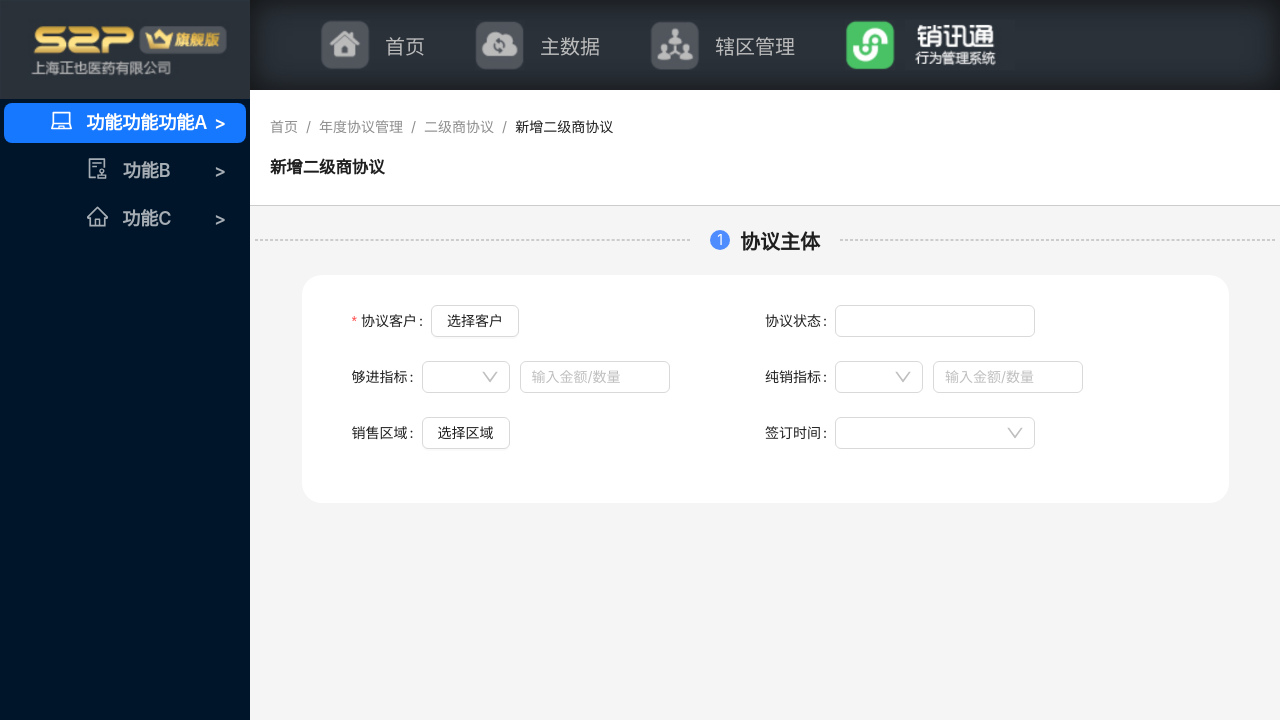
Repository: XiChips/questionB
Page: /
The author's editor kept a copy of each file at every save. The page is drawn from the files as they stood at one save, then again after the next save.
The browser window is 1280 px wide. The pictures show the whole page.
The project was rebuilt for these pictures with package versions that can differ from the ones it lists, and the page was loaded fresh each time. Also part of the build but not shown: vue.config.js.

Above is the page before, as saved 2024-02-28 12:26:26.

After the next save:
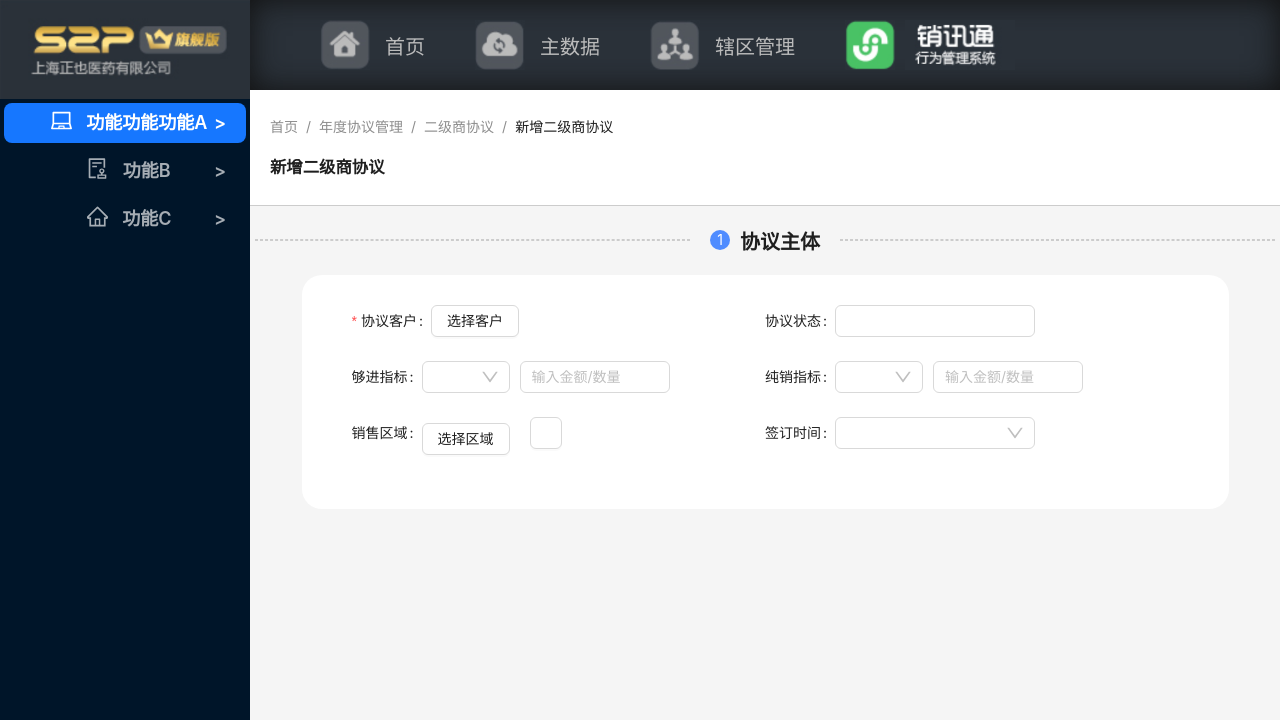
Saved 61 s later.
--- a/src/views/home.vue
+++ b/src/views/home.vue
@@ -78,7 +78,7 @@
                   <a-form-item label="销售区域">
                     <a-button v-if="visible2" @click="selectArea">选择区域</a-button>
                     <a-select v-if="!visible2" v-model:value="inputs.value1" show-search placeholder="" style="width: 200px" :options="options4" :filter-option="filterOption" @focus="handleFocus" @blur="handleBlur" @change="changeArea"></a-select>
-                    <span style="margin-left: 20px;">{{ inputs.value1 }}</span>
+                    <a-button style="margin-left: 20px;">{{ inputs.value1 }}</a-button>
                   </a-form-item>
                   <a-form-item label="签订时间">
                     <a-select v-model:value="value" placeholder="" style="width: 200px" :options="options2" :filter-option="filterOption" @focus="handleFocus" @blur="handleBlur" @change="handleChange"></a-select>

After the 4 saves that followed:
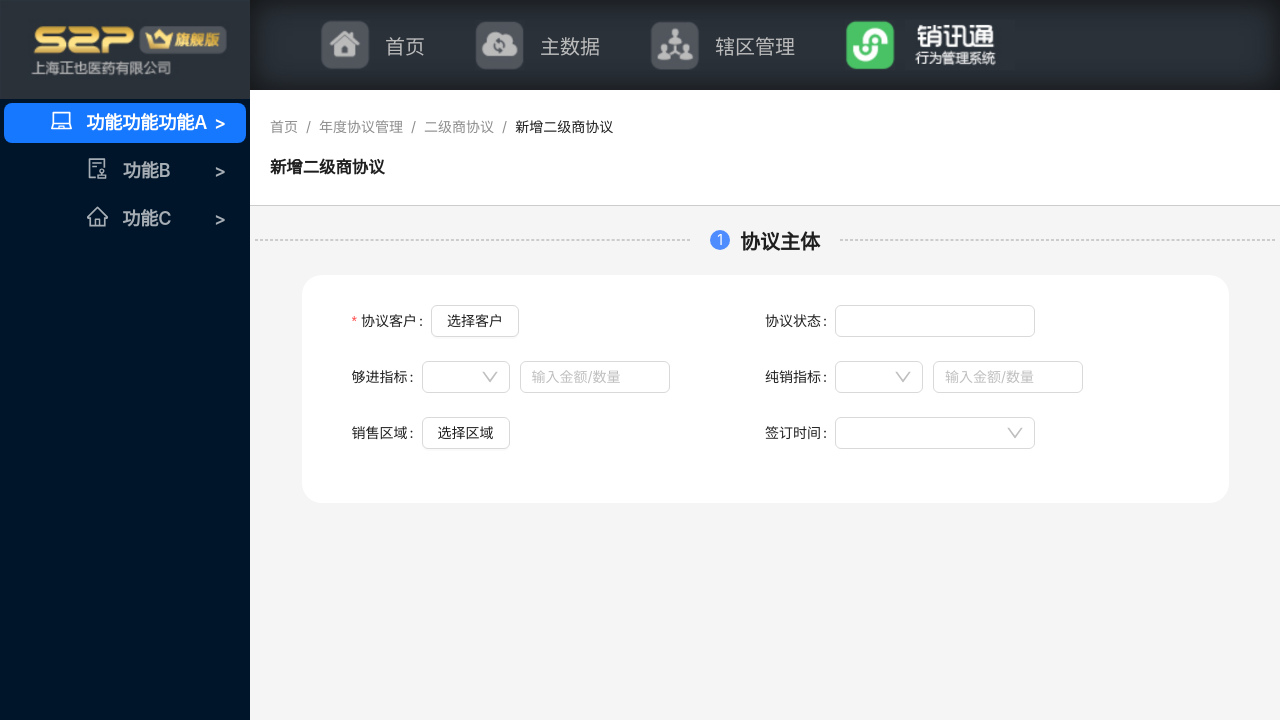
The 4 saves are shown as one change because 3 left the picture as it was.
The last was saved 4 min 50 s later.
--- a/src/views/home.vue
+++ b/src/views/home.vue
@@ -60,7 +60,9 @@
                   </a-form-item>
                   <a-form-item label="协议状态">
                     <a-select v-model:value="inputs.value2" placeholder="" style="width: 200px" :options="options2" :filter-option="filterOption" @focus="handleFocus" @blur="handleBlur" @change="handleChange">
-                      <template #suffixIcon> <img src="" alt=""> </template>
+                      <template #suffixIcon>
+                        <down-outlined />
+                      </template>
                     </a-select>
                   </a-form-item>
                 </div>
@@ -77,8 +79,8 @@
                 <div class="line2">
                   <a-form-item label="销售区域">
                     <a-button v-if="visible2" @click="selectArea">选择区域</a-button>
-                    <a-select v-if="!visible2" v-model:value="inputs.value1" show-search placeholder="" style="width: 200px" :options="options4" :filter-option="filterOption" @focus="handleFocus" @blur="handleBlur" @change="changeArea"></a-select>
-                    <a-button style="margin-left: 20px;">{{ inputs.value1 }}</a-button>
+                    <a-select v-if="!visible2" v-model:value="inputs.value7" show-search placeholder="" style="width: 200px" :options="options4" :filter-option="filterOption" @focus="handleFocus" @blur="handleBlur" @change="changeArea"></a-select>
+                    <a-button v-for="item in inputs.value7" style="margin-left: 20px;">{{ item }}</a-button>
                   </a-form-item>
                   <a-form-item label="签订时间">
                     <a-select v-model:value="value" placeholder="" style="width: 200px" :options="options2" :filter-option="filterOption" @focus="handleFocus" @blur="handleBlur" @change="handleChange"></a-select>
@@ -111,6 +113,7 @@
   FundProjectionScreenOutlined,
   UserSwitchOutlined,
   TransactionOutlined,
+  downOutlined,
 } from "@ant-design/icons-vue";
 import { defineComponent, ref } from "vue";
 
@@ -130,6 +133,7 @@
     FundProjectionScreenOutlined,
     UserSwitchOutlined,
     TransactionOutlined,
+    downOutlined,
   },
   name: "home",
   data() {
